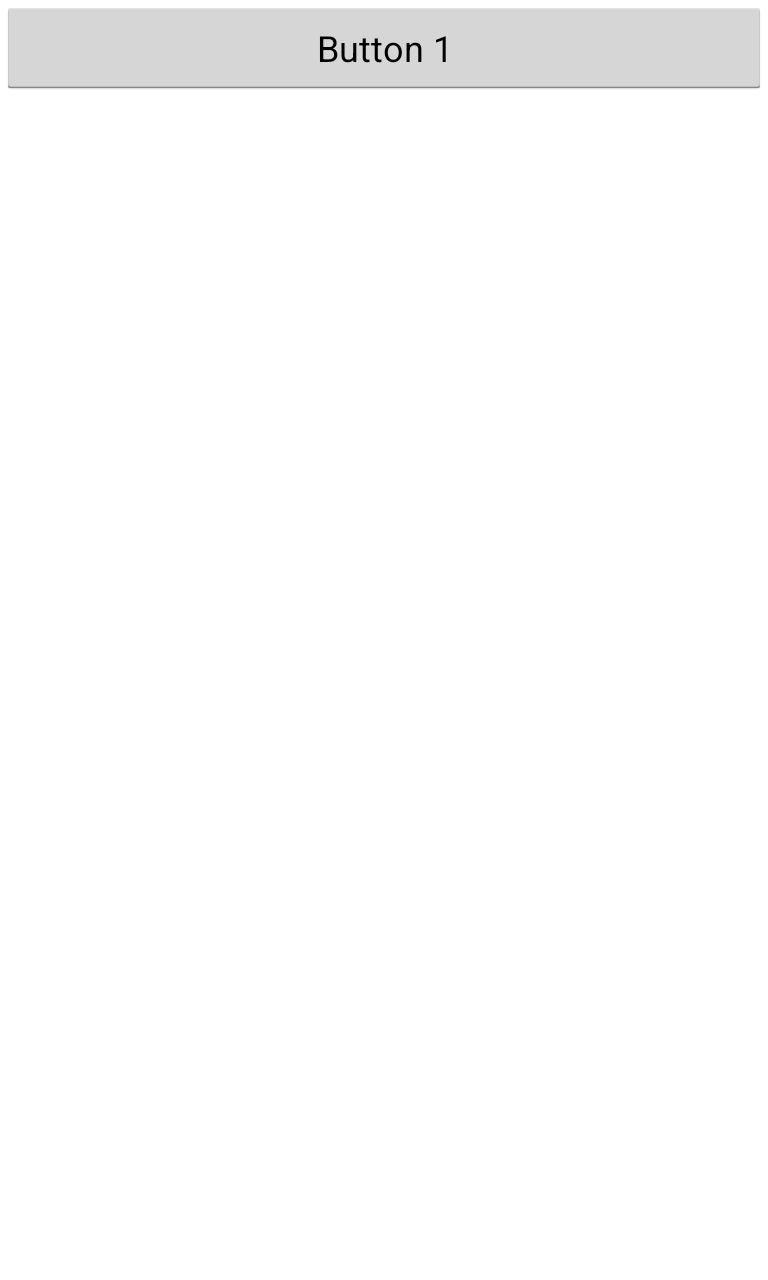
Repository: Lijianhao1995/Android
Layout: ActivityTest/res/layout/first_layout.xml
An editor plug-in stored every save of this project. The layout is shown before and after the next save, followed by the edit.
It is drawn on a 768 x 1280 px phone screen (xhdpi) without system bars, with theme AppTheme; the app's code is not run.

Above is the layout before, as saved 2015-04-27 16:16:30.

### ActivityTest/res/layout/first_layout.xml
<?xml version="1.0" encoding="utf-8"?>
<LinearLayout xmlns:android="http://schemas.android.com/apk/res/android"
    xmlns:tools="http://schemas.android.com/tools"
    android:layout_width="match_parent"
    android:layout_height="match_parent"
    android:orientation="vertical"
    tools:context=".FirstActivity" >

    <Button
        android:id="@+id/button_1"
        android:layout_width="match_parent"
        android:layout_height="wrap_content"
        android:text="Button 1" />



</LinearLayout>

Loaded but not shown: ActivityTest/res/values/styles.xml (common file); ActivityTest/res/values-v11/styles.xml (common file); ActivityTest/res/values-v14/styles.xml (common file)

After the next save:
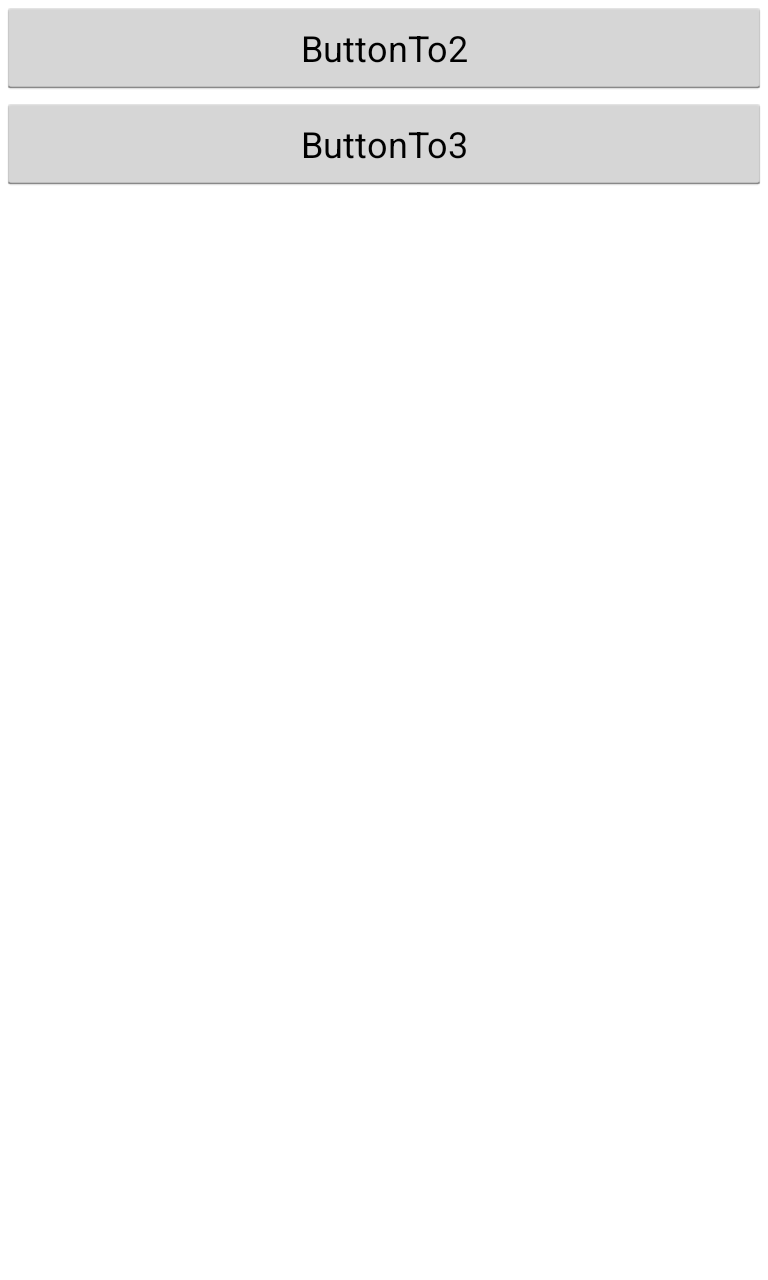
Saved 5 min 15 s later.
--- a/ActivityTest/res/layout/first_layout.xml
+++ b/ActivityTest/res/layout/first_layout.xml
@@ -10,8 +10,12 @@
         android:id="@+id/button_1"
         android:layout_width="match_parent"
         android:layout_height="wrap_content"
-        android:text="Button 1" />
+        android:text="ButtonTo2" />
 
-
+    <Button
+        android:id="@+id/buttonTo3"
+        android:layout_width="match_parent"
+        android:layout_height="wrap_content"
+        android:text="ButtonTo3" />
 
 </LinearLayout>
